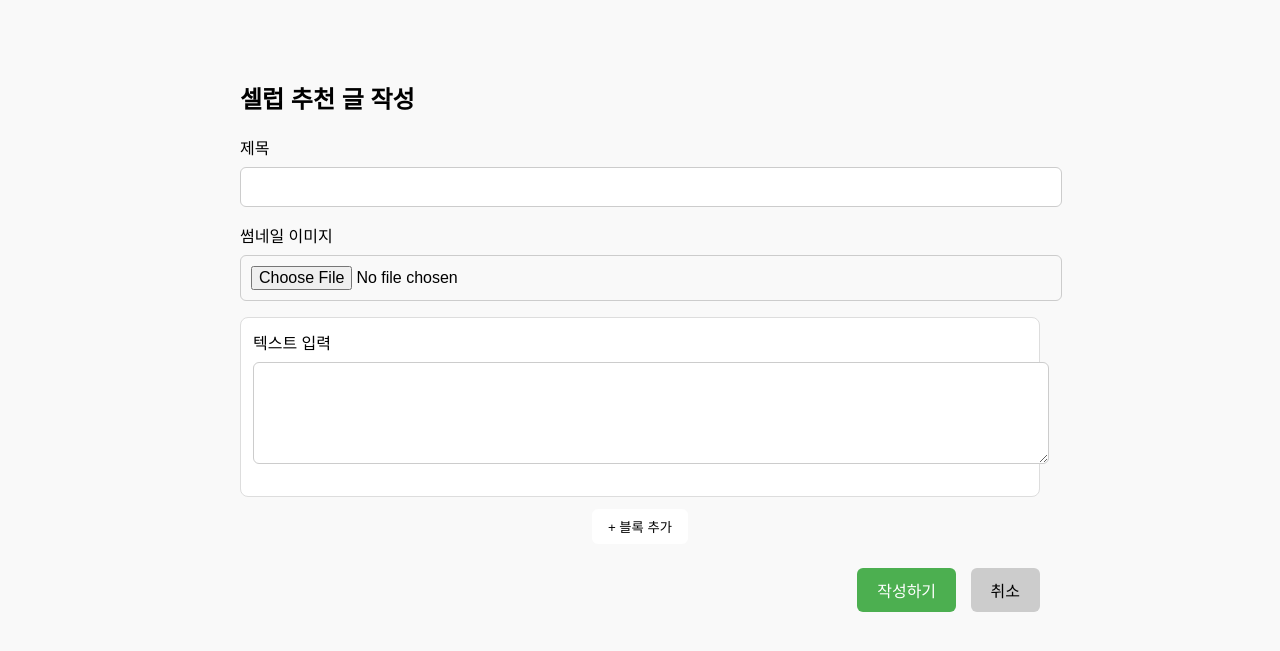
Repository: book-recommendation-team/book_recommendation_web_project
Page: http://localhost/2025_teamproject/celebForm.jsp
These files come from the project's save history. The page is drawn as it stood at one moment and after the next save; the edit follows.
The browser window is 1280 px wide. The pictures show the whole page.
The page is served by Tomcat 9. Other server files are loaded and not shown.

Above is the page before, as saved 2025-06-30 08:28:52.

### 2025_teamproject/src/main/webapp/celebForm.jsp
<%@ page contentType="text/html; charset=UTF-8" language="java" %>
<!DOCTYPE html>
<html>
<head>
    <title>게시글 작성</title>
    <style>
        body {
            font-family: 'Noto Sans KR', sans-serif;
            margin: 40px auto;
            max-width: 800px;
            padding: 20px;
            background-color: #f9f9f9;
        }

        h2 {
            margin-bottom: 20px;
        }

        input[type="text"], input[type="file"], textarea {
            width: 100%;
            padding: 10px;
            margin-top: 8px;
            margin-bottom: 16px;
            border: 1px solid #ccc;
            border-radius: 6px;
            font-size: 1rem;
        }

        .editor-block {
            border: 1px solid #ddd;
            padding: 12px;
            border-radius: 8px;
            margin-bottom: 12px;
            background-color: #fff;
        }

        .editor-block textarea {
            resize: vertical;
            min-height: 80px;
        }

        .editor-block input[type="file"] {
            background-color: #f4f4f4;
        }

        .button-box {
            text-align: right;
            margin-top: 24px;
        }

        .button-box button {
            padding: 10px 20px;
            font-size: 1rem;
            border: none;
            border-radius: 6px;
            margin-left: 10px;
            cursor: pointer;
        }

        .submit-btn {
            background-color: #4CAF50;
            color: white;
        }

        .cancel-btn {
            background-color: #ccc;
            color: black;
        }

        .add-block-btn {
            display: block;
            margin: 0 auto 20px;
            padding: 8px 16px;
            border-radius: 6px;
            background-color: #fff;
            color: black;
            border: none;
            cursor: pointer;
        }
    </style>
</head>
<body>

<h2>셀럽 추천 글 작성</h2>

<form action="submitCelebPost" method="post" enctype="multipart/form-data">
    <label>제목</label>
    <input type="text" name="title" required>

    <label>썸네일 이미지</label>
    <input type="file" name="thumbnail" accept="image/*">

    <div id="editor-area">
        <div class="editor-block">
            <label>텍스트 입력</label>
            <textarea name="contentBlock1_text"></textarea>
        </div>
    </div>

    <button type="button" class="add-block-btn" onclick="addEditorBlock()">+ 블록 추가</button>

    <div class="button-box">
        <button type="submit" class="submit-btn">작성하기</button>
        <button type="button" class="cancel-btn" onclick="history.back()">취소</button>
    </div>
</form>

<script>
    let blockCount = 1;

    function addEditorBlock() {
        blockCount++;
        const editorArea = document.getElementById("editor-area");

        const blockDiv = document.createElement("div");
        blockDiv.className = "editor-block";

        const type = prompt("추가할 블록 종류를 선택하세요 (text / image):", "text");
        if (!type) return;

        if (type === "text") {
            blockDiv.innerHTML = `
                <label>텍스트 입력</label>
                <textarea name="contentBlock${blockCount}_text"></textarea>
            `;
        } else if (type === "image") {
            blockDiv.innerHTML = `
                <label>이미지 업로드</label>
                <input type="file" name="contentBlock${blockCount}_image" accept="image/*">
            `;
        } else {
            alert("text 또는 image만 입력 가능합니다.");
            return;
        }

        editorArea.appendChild(blockDiv);
    }
</script>

</body>
</html>

After the next save:
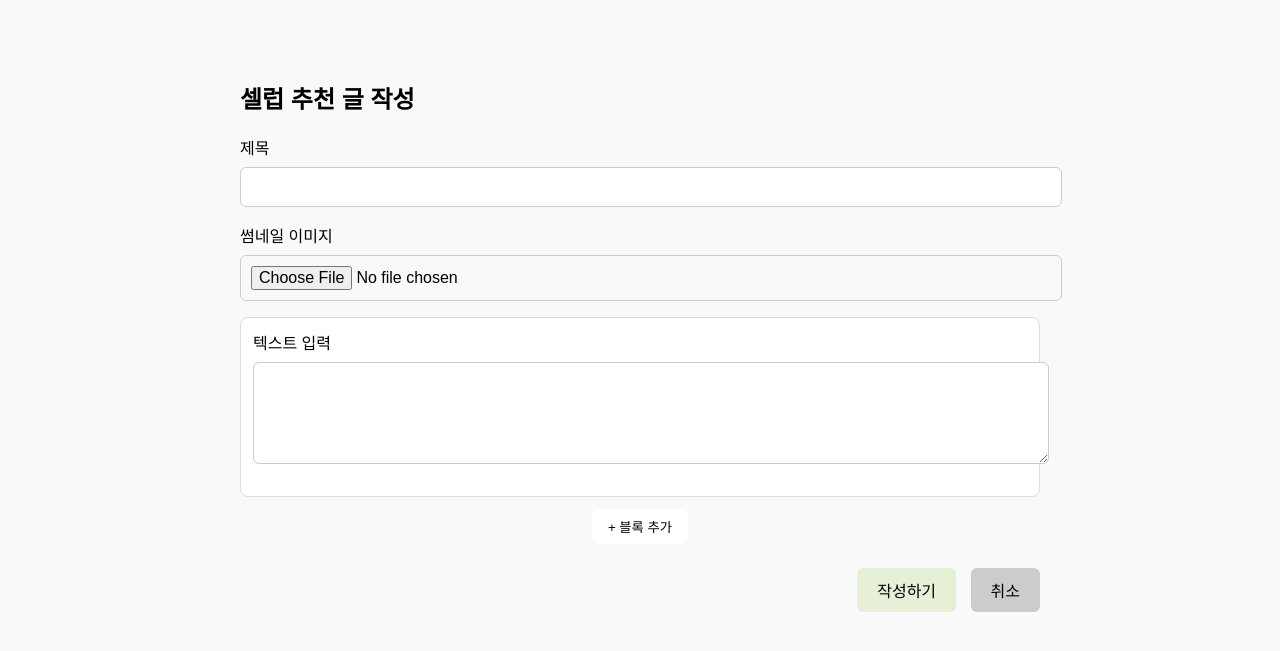
Saved 32 s later.
--- a/2025_teamproject/src/main/webapp/celebForm.jsp
+++ b/2025_teamproject/src/main/webapp/celebForm.jsp
@@ -58,8 +58,8 @@
         }
 
         .submit-btn {
-            background-color: #4CAF50;
-            color: white;
+            background-color: #e6f0d7;
+            color: black;
         }
 
         .cancel-btn {
